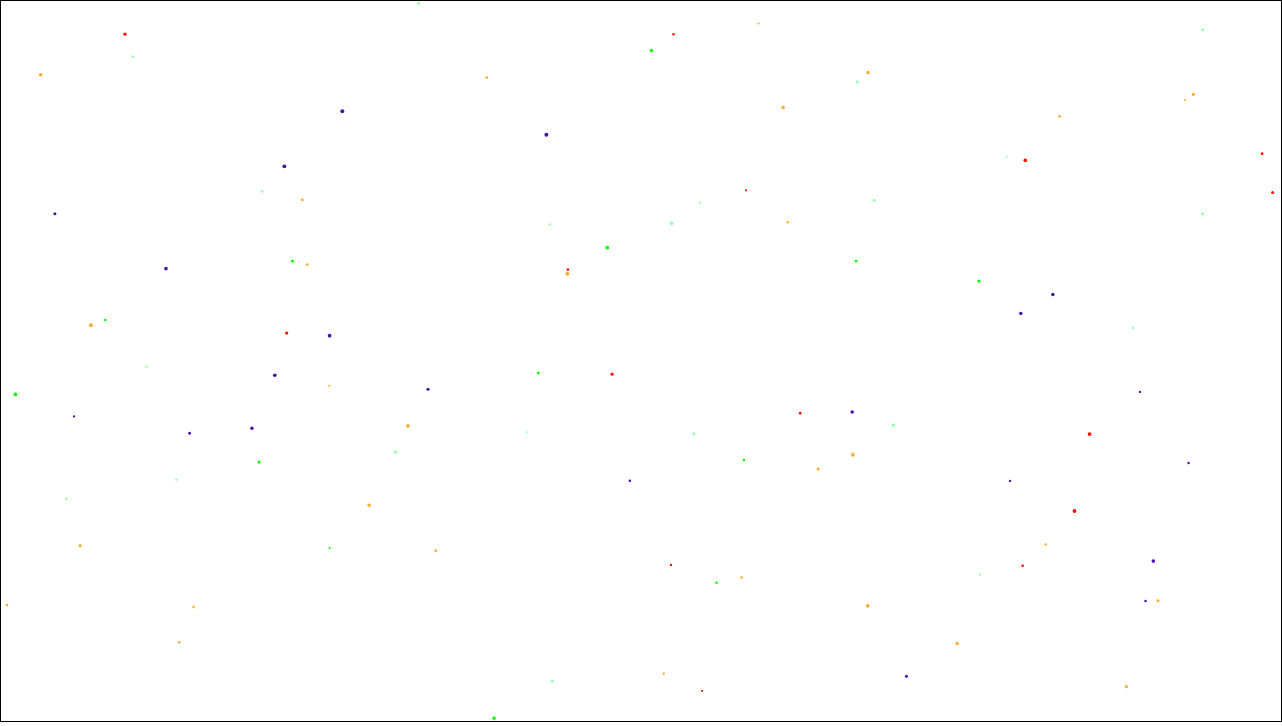
Repository: msminsu/study-canvas
Page: canvas/index.html
These files come from the project's save history. The page is drawn as it stood at one moment and after the next save; the edit follows.
The browser window is 1280 px wide. The page is 1282 px wide, so the pictures cover 1282 px, including what lies to the right of the window. The pictures show the whole page.

Above is the page before, as saved 2018-11-26 08:41:33.

After the next save:
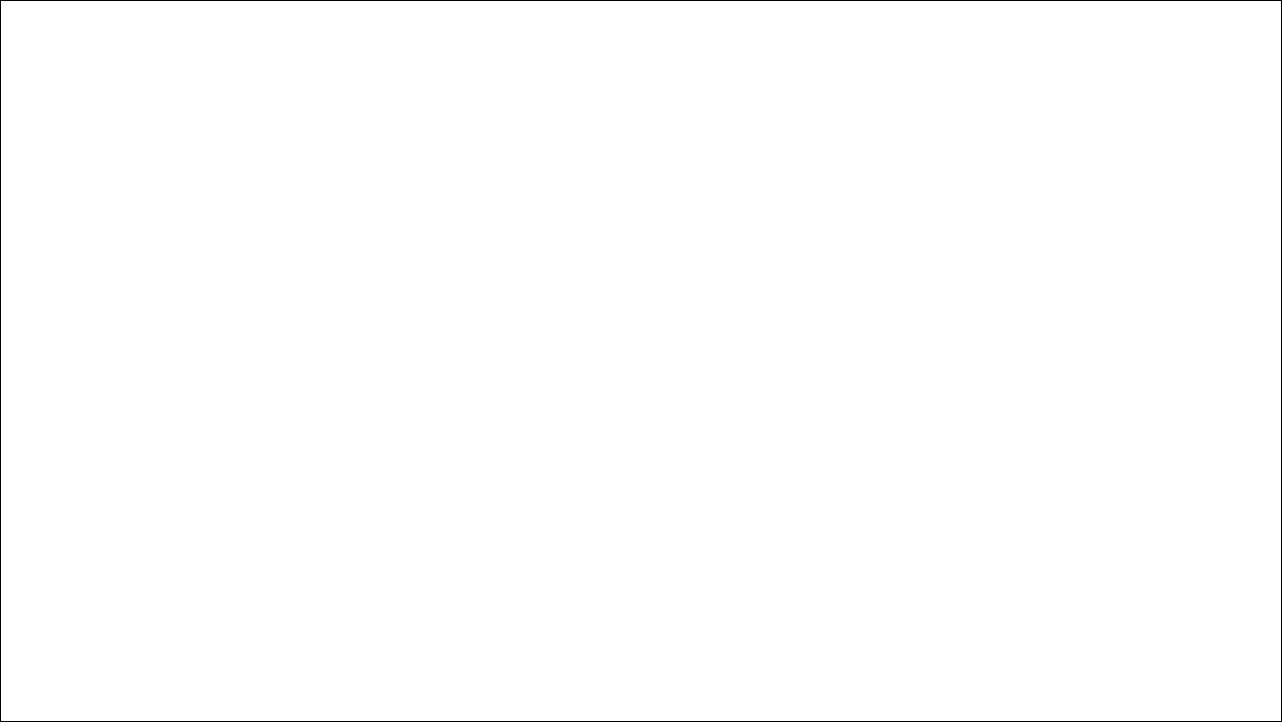
Console error: ReferenceError: minRadius is not defined
Saved 19 s later.
--- a/canvas/index.html
+++ b/canvas/index.html
@@ -40,7 +40,7 @@ var mouse = {
 }
 
 var maxRadius = 40;
-var minRadius = 2;
+// var minRadius = 2;
 
 var colorArray = [
     '#ffaa33',

After the 3 saves that followed:
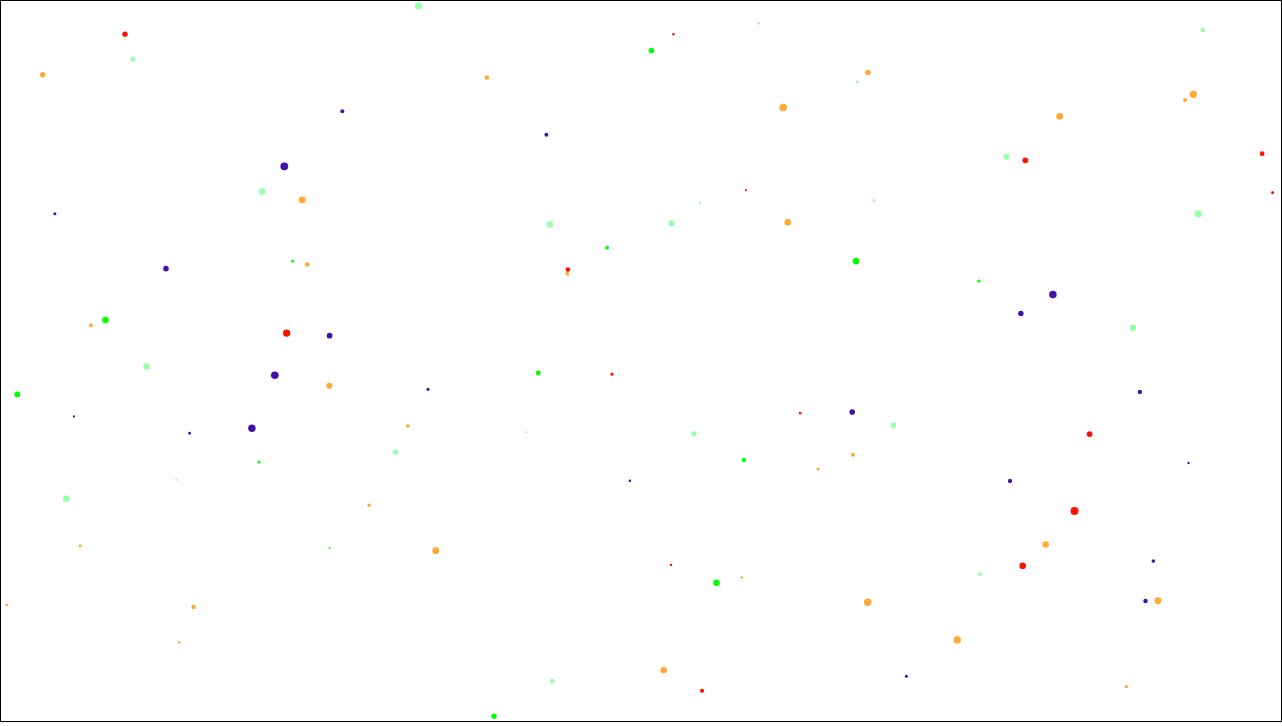
The error is gone.
The 3 saves are shown as one change because 2 left the picture as it was.
The last was saved 58 s later.
--- a/canvas/index.html
+++ b/canvas/index.html
@@ -62,6 +62,7 @@ function Circle(x,y, dx, dy, radius){
         this.dx = dx;
         this.dy = dy;
         this.radius = radius;
+        this.minRadius = radius;
         this.color = colorArray[ Math.floor(Math.random() * colorArray.length)];
 
         this.draw = function(){
@@ -91,7 +92,7 @@ function Circle(x,y, dx, dy, radius){
                     this.radius += 1;
                 }
 
-            }else if(this.radius > minRadius){
+            }else if(this.radius > this.minRadius){
                 this.radius -= 1;
             }
 
